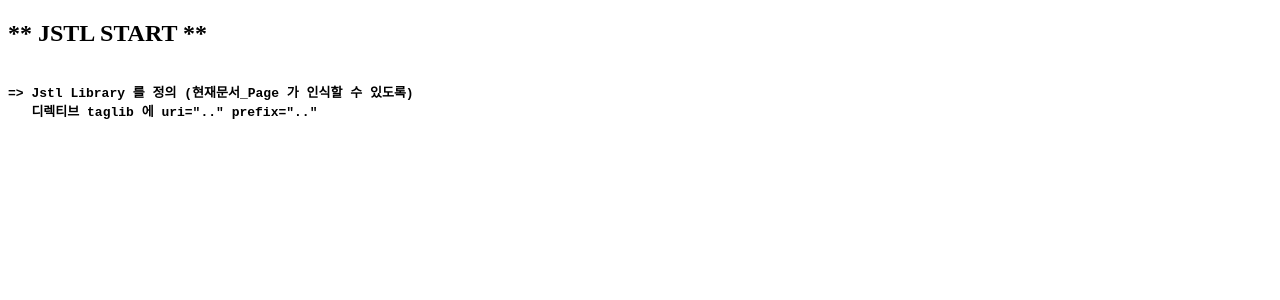
Repository: JYH94/JAVA
Page: http://localhost/web01/jsp03_jstl/ex01_jstlStart.jsp
An editor plug-in stored every save of this project. The page is shown before and after the next save, followed by the edit.
The browser window is 1280 px wide. The pictures show the whole page.
The page is served by Tomcat 9.

Above is the page before, as saved 2024-01-16 04:10:10.

After the next save:
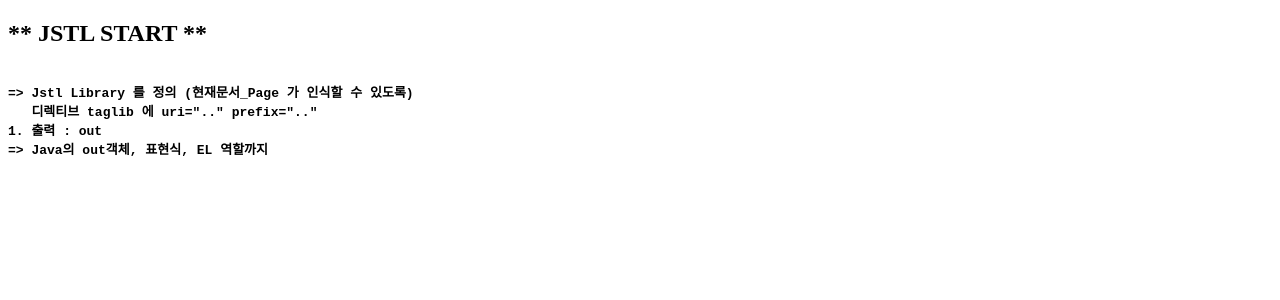
Saved 112 s later.
--- a/web01/src/main/webapp/jsp03_jstl/ex01_jstlStart.jsp
+++ b/web01/src/main/webapp/jsp03_jstl/ex01_jstlStart.jsp
@@ -13,6 +13,10 @@
 <pre><b>
 => Jstl Library 를 정의 (현재문서_Page 가 인식할 수 있도록)
    디렉티브 taglib 에 uri=".." prefix=".."
+1. 출력 : out
+=> Java의 out객체, 표현식, EL 역할까지
+<c:out value=""></c:out>
+<c:out value="" />
 
 
 </b></pre>
